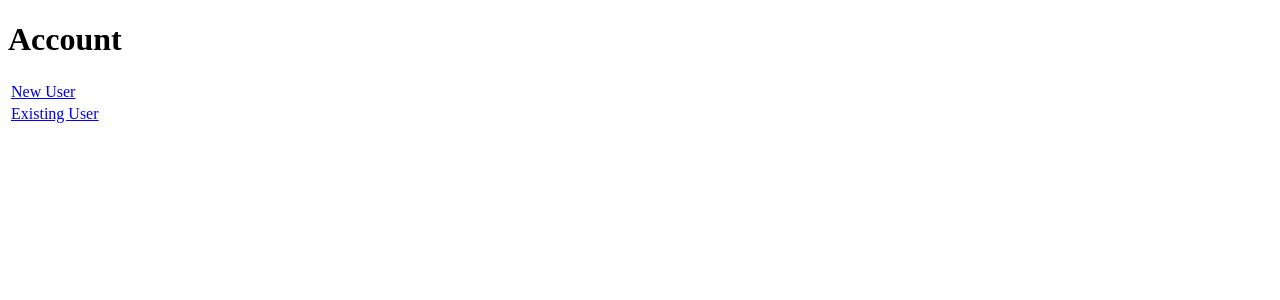
Repository: abigailCul/DistributedSystemsProject
Page: http://localhost/bookingClient/jsp/createbooking.jsp
The author's editor kept a copy of each file at every save. The page is drawn from the files as they stood at one save, then again after the next save.
The browser window is 1280 px wide. The pictures show the whole page.
The page is served by Tomcat 9. Other server files are loaded and not shown.

Above is the page before, as saved 2018-12-10 14:51:05.

### WorkingProject/bookingClient/src/main/webapp/jsp/createbooking.jsp
<%@ page language="java" contentType="text/html; charset=ISO-8859-1"
	pageEncoding="ISO-8859-1"%>
<!DOCTYPE html>
<html>
<head>
<meta charset="ISO-8859-1">
<title>Create Booking</title>
</head>
<body>
	<h1>Account</h1>
	<table>
		<tr>
			<td><a href="/createAccount">New User</a></td>
		</tr>
		<tr>
			<td><a href="/existingUser">Existing User</a></td>
		</tr>
	</table>
</body>
</html>

After the next save:
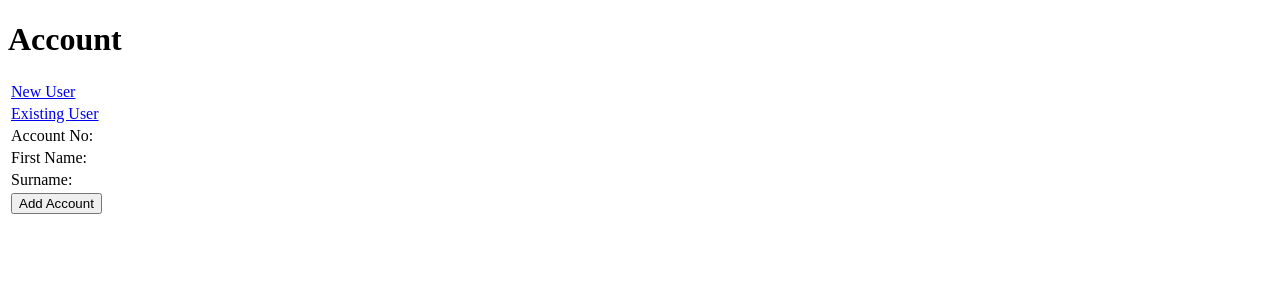
Saved 11 min 53 s later.
--- a/WorkingProject/bookingClient/src/main/webapp/jsp/createbooking.jsp
+++ b/WorkingProject/bookingClient/src/main/webapp/jsp/createbooking.jsp
@@ -15,6 +15,27 @@
 		<tr>
 			<td><a href="/existingUser">Existing User</a></td>
 		</tr>
-	</table>
+
+	<form:form modelAttribute="rentals">
+
+			<tr>
+				<td>Account No:</td>
+				<td><form:input path="booking.rental_id "></form:input></td>
+			</tr>
+  			<tr>
+				<td>First Name:</td>
+				<td><form:input path="booking.acc_no"></form:input></td>
+			</tr>
+			<tr>
+				<td>Surname:</td>
+				<td><form:input path="booking.rental_date"></form:input></td>
+			</tr>
+			<tr>
+				<td colspan="2">
+					<input type="submit" value="Add Account"/>
+				</td>
+			</tr>
+		</table>
+	</form:form>
 </body>
 </html>
